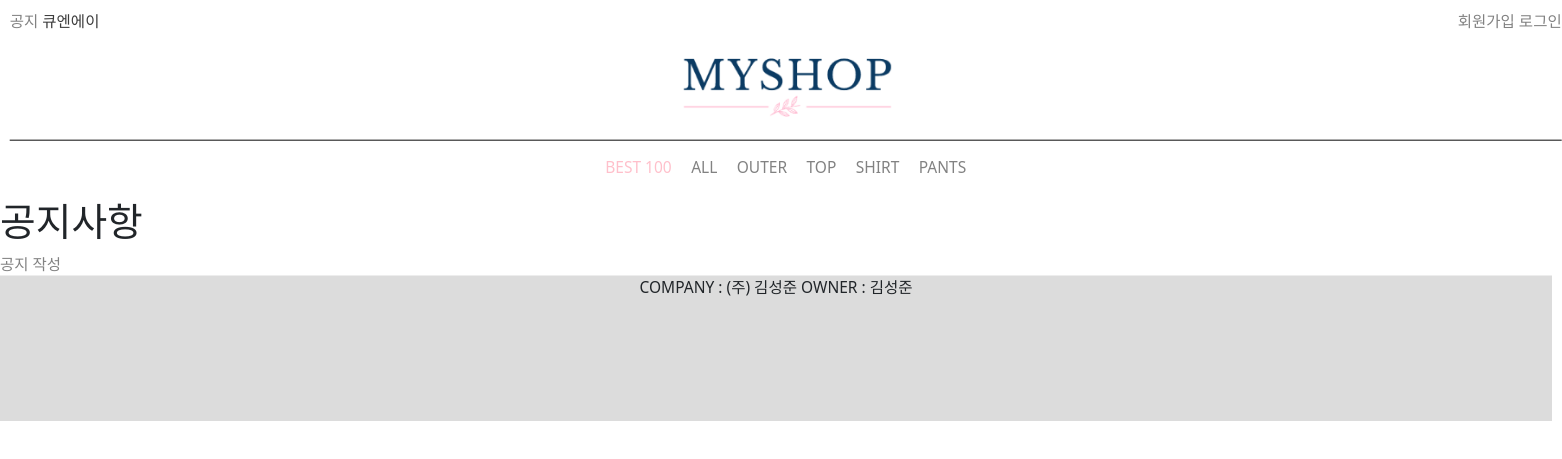
Repository: kkj53051000/MyShop
Page: http://localhost/myshop/WEB-INF/views/notice-list.jsp
An editor plug-in stored every save of this project. The page is shown before and after the next save, followed by the edit.
The browser window is 1280 px wide. The page is 1610 px wide, so the pictures cover 1610 px, including what lies to the right of the window. The pictures show the whole page, at 97% of full size.
The page is served by Tomcat 9. Nobody is signed in. The template is opened directly, without the code that normally fills it, so the values that code supplies are empty.

Above is the page before, as saved 2021-02-23 08:10:58.

After the next save:
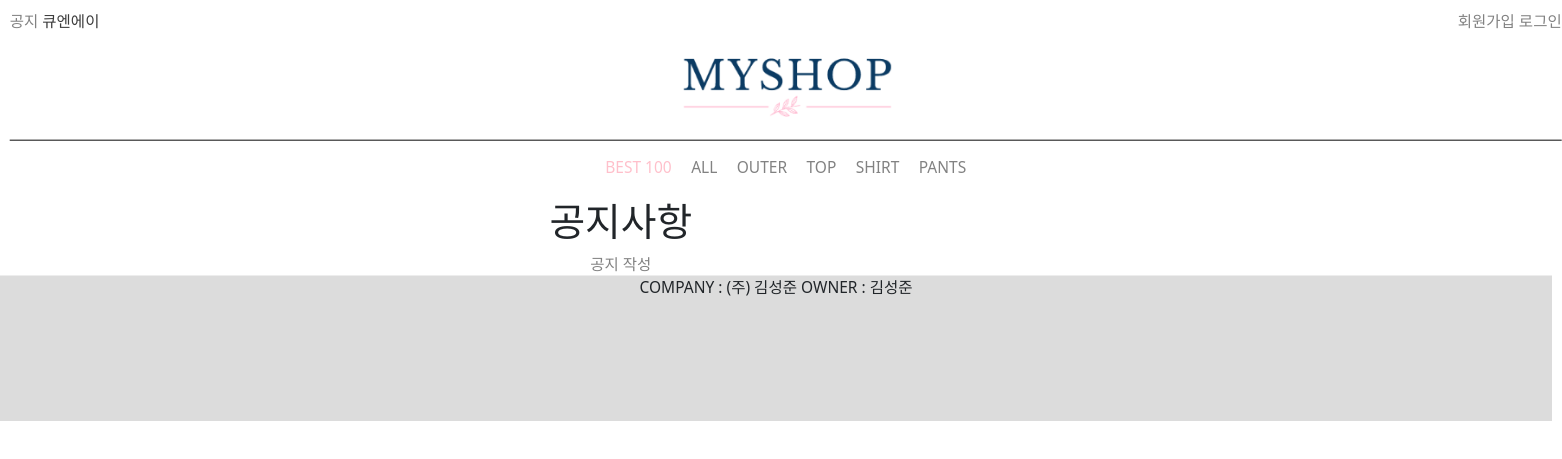
Saved 2 min 20 s later.
--- a/myshop/src/main/webapp/WEB-INF/views/notice-list.jsp
+++ b/myshop/src/main/webapp/WEB-INF/views/notice-list.jsp
@@ -12,7 +12,7 @@
 
 			display: flex;
 			flex-direction: column;
-			justify-content: center;
+			align-items: center;
 
 		}
 	</style>
